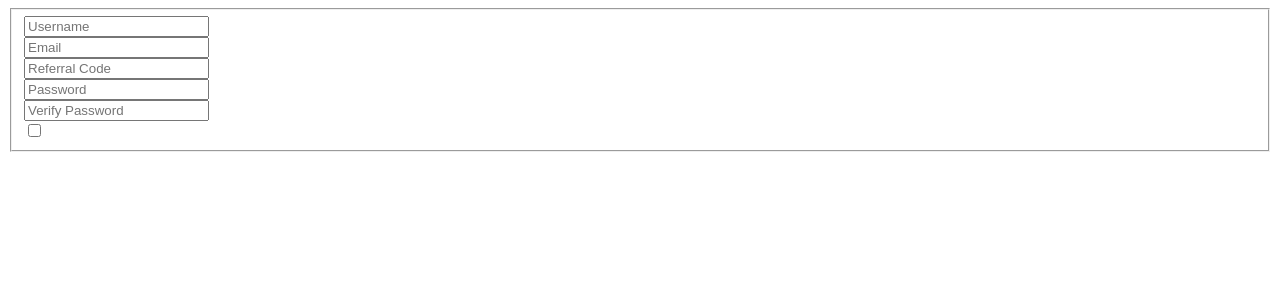
Repository: Malcolmt129/COSC484-assignment1
Page: tueats.html
An editor plug-in stored every save of this project. The page is shown before and after a run of saves, followed by the edit.
The browser window is 1280 px wide. The pictures show the whole page.

Above is the page before, as saved 2023-02-08 15:44:52.

After the next 2 saves:
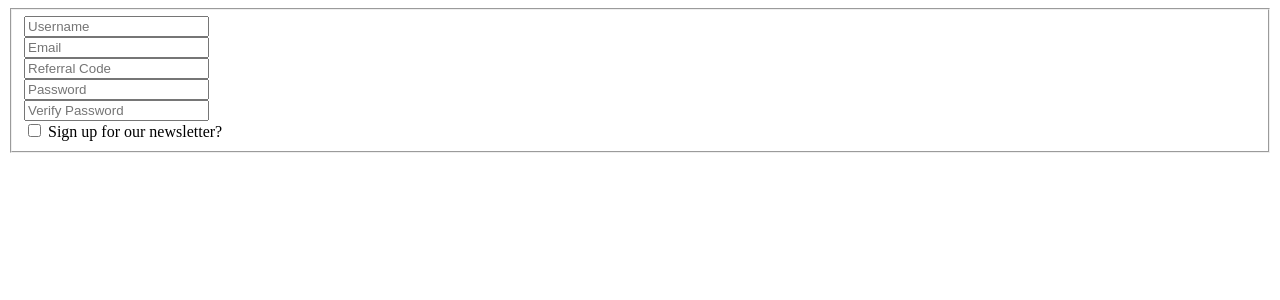
The 2 saves are shown as one change because they came seconds apart.
The last was saved 34 s later.
--- a/tueats.html
+++ b/tueats.html
@@ -13,7 +13,8 @@
                 <input type="text" name="password_verify" placeholder="Verify Password" required><br>
 
                 <input type="checkbox" name="SignUp">
-                <label for="SignUp"> </label>
+                <label for="SignUp"> Sign up for our
+                    newsletter? </label>
 
             </fieldset>
         </form>
